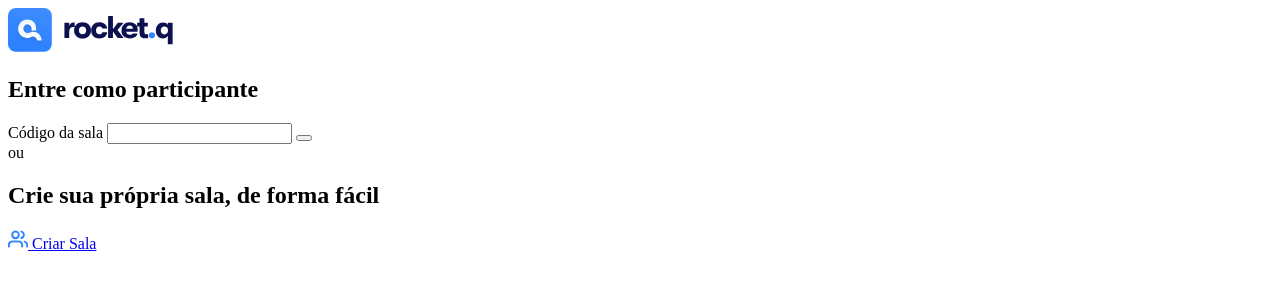
Repository: frnndlima/rocket.q
Page: home.html
An editor plug-in stored every save of this project. The page is shown before and after a run of saves, followed by the edit.
The browser window is 1280 px wide. The pictures show the whole page.

Above is the page before, as saved 2021-08-30 14:18:00.

After the next 2 saves:
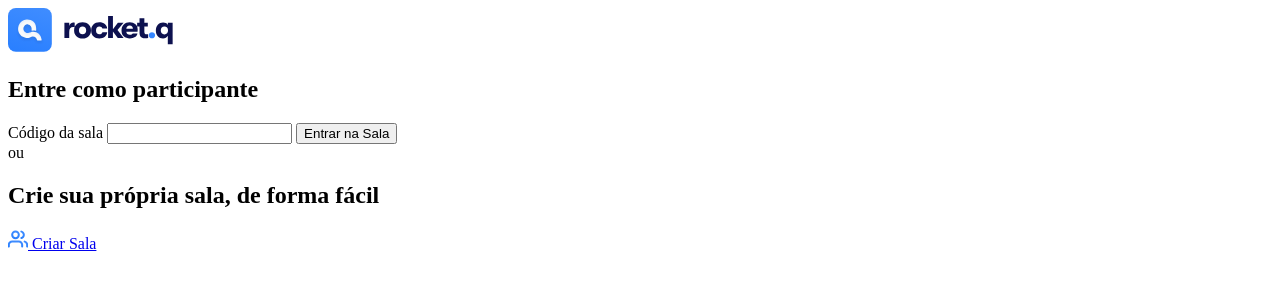
The 2 saves are shown as one change because they came seconds apart.
The last was saved 8 s later.
--- a/home.html
+++ b/home.html
@@ -14,7 +14,9 @@
           <form>
             <label for="room-id" class="sr-only">Código da sala</label>
             <input type="text" id="room-id" />
-            <button></button>
+            <button>
+              Entrar na Sala
+            </button>
           </form>
         </section>
 
